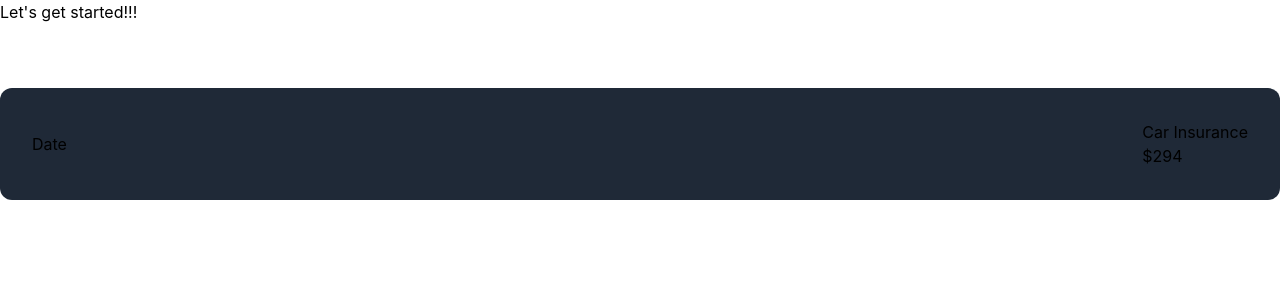
Repository: Sef24/expense-tracker
Page: /
An editor plug-in stored every save of this project. The page is shown before and after the next save, followed by the edit.
The browser window is 1280 px wide. The pictures show the whole page.
The project was rebuilt for these pictures with package versions that can differ from the ones it lists, and the page was loaded fresh each time. Also part of the build but not shown: src/components/ExpenseItem.css.

Above is the page before, as saved 2022-04-21 19:32:55.

### public/index.html
<!DOCTYPE html>
<html lang="en">
  <head>
    <meta charset="utf-8" />
    <link rel="icon" href="%PUBLIC_URL%/favicon.ico" />
    <meta name="viewport" content="width=device-width, initial-scale=1" />

    <meta
      name="description"
      content="Web site created using create-react-app"
    />
    <link rel="apple-touch-icon" href="%PUBLIC_URL%/logo192.png" />
    <!--
      manifest.json provides metadata used when your web app is installed on a
      user's mobile device or desktop. See https://developers.google.com/web/fundamentals/web-app-manifest/
    -->
    <link rel="manifest" href="%PUBLIC_URL%/manifest.json" />
    <!--
      Notice the use of %PUBLIC_URL% in the tags above.
      It will be replaced with the URL of the `public` folder during the build.
      Only files inside the `public` folder can be referenced from the HTML.

      Unlike "/favicon.ico" or "favicon.ico", "%PUBLIC_URL%/favicon.ico" will
      work correctly both with client-side routing and a non-root public URL.
      Learn how to configure a non-root public URL by running `npm run build`.
    -->
    <title>React App</title>
  </head>
  <body>
    <noscript>You need to enable JavaScript to run this app.</noscript>
    <div id="root"></div>
    <!--
      This HTML file is a template.
      If you open it directly in the browser, you will see an empty page.

      You can add webfonts, meta tags, or analytics to this file.
      The build step will place the bundled scripts into the <body> tag.

      To begin the development, run `npm start` or `yarn start`.
      To create a production bundle, use `npm run build` or `yarn build`.
    -->
  </body>
</html>

### src/App.js
import ExpenseItem from "./components/ExpenseItem";

function App() {
  return (
    <div>
      <h2>Let's get started!!!</h2>
      <ExpenseItem />
    </div>

  );
};


export default App;

### src/components/ExpenseItem.js
import React from 'react';
import './ExpenseItem.css';

function ExpenseItem() {
  return (
    <div className="flex justify-between items-center p-8 mt-16 rounded-xl bg-gray-800 ">
        <div>Date</div>
        <div>
            <h2>Car Insurance</h2>
            <div>$294</div>
        </div>
    </div>
  )
}

export default ExpenseItem

Loaded but not shown: src/index.js (common file); src/index.css (common file); tailwind.config.js (common file)

After the next save:
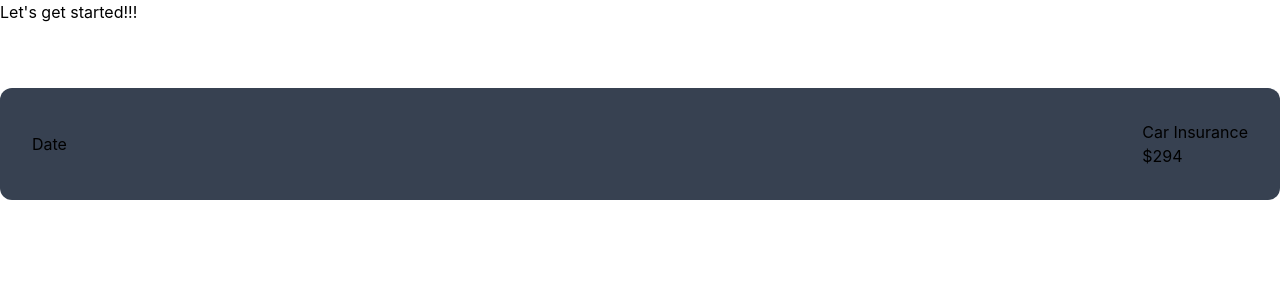
Saved 4 s later.
--- a/src/components/ExpenseItem.js
+++ b/src/components/ExpenseItem.js
@@ -3,7 +3,7 @@ import './ExpenseItem.css';
 
 function ExpenseItem() {
   return (
-    <div className="flex justify-between items-center p-8 mt-16 rounded-xl bg-gray-800 ">
+    <div className="flex justify-between items-center p-8 mt-16 rounded-xl bg-gray-700 ">
         <div>Date</div>
         <div>
             <h2>Car Insurance</h2>
